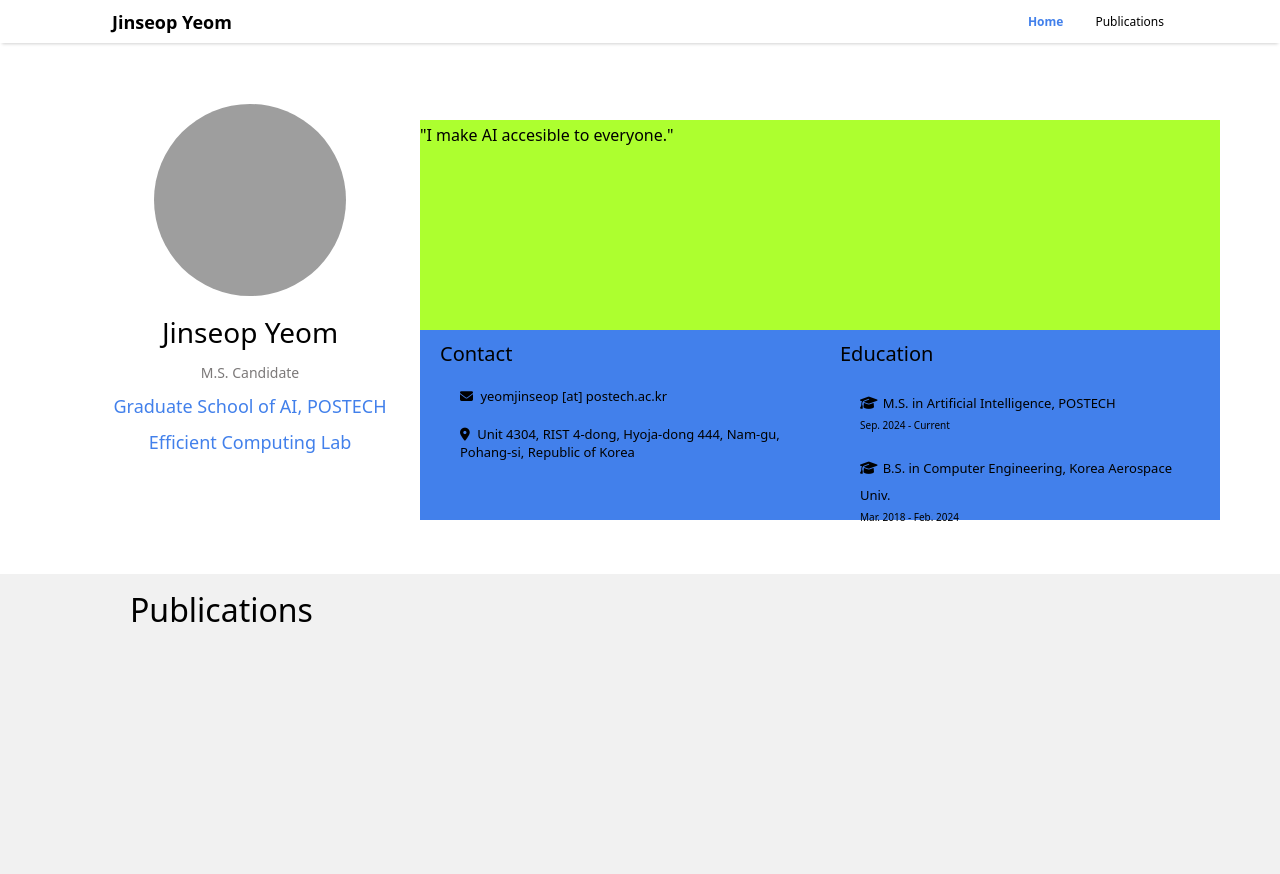
Repository: YEOMJINSEOP/yeomjinseop.github.io
Page: index.html
The author's editor kept a copy of each file at every save. The page is drawn from the files as they stood at one save, then again after the next save.
The browser window is 1280 px wide. The pictures show the whole page.
Pictures or frames that could not be fetched are drawn as grey boxes. Some web libraries are served in a nearby version.

Above is the page before, as saved 2024-05-16 09:02:13.
Console error: TypeError: Cannot read properties of null (reading 'addEventListener')

After the next save:
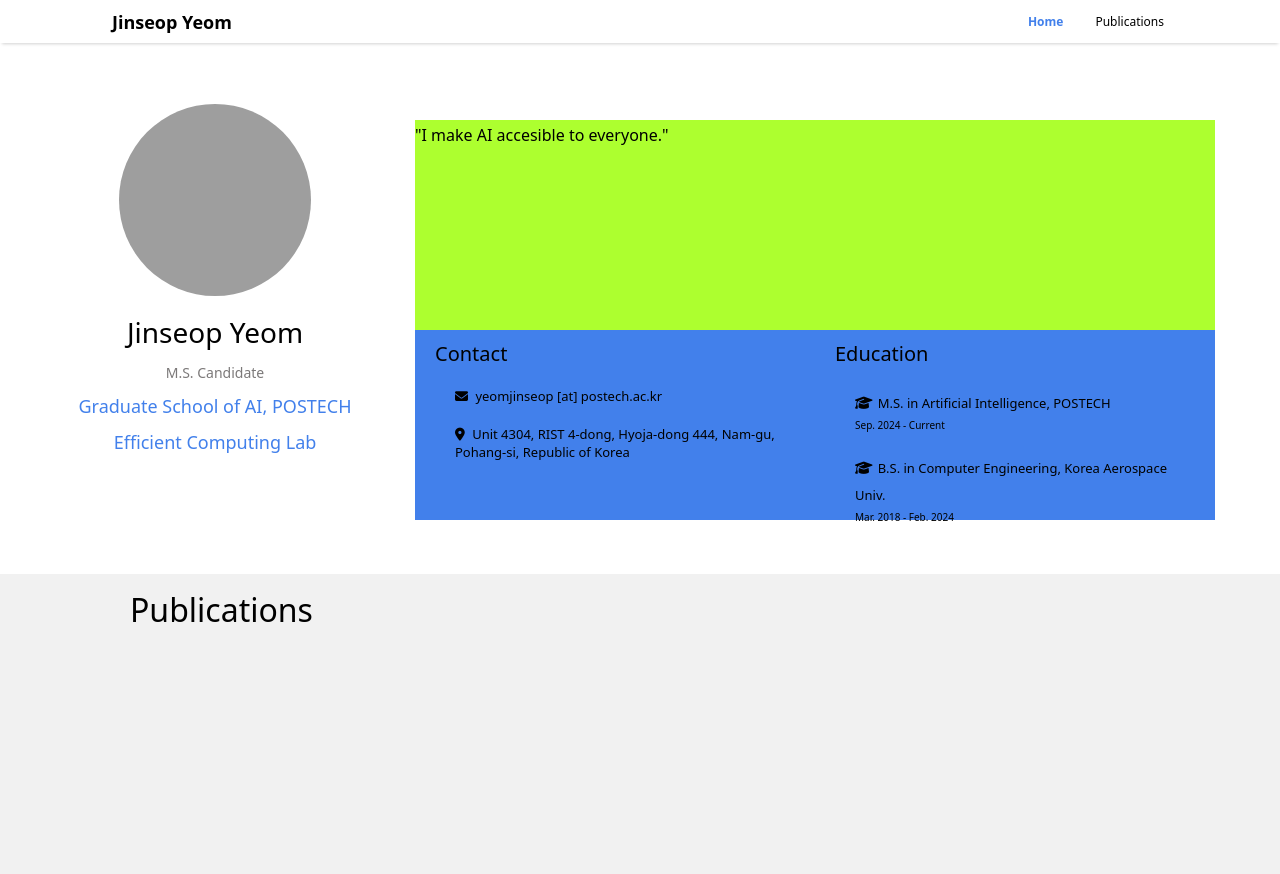
Saved 89 s later.
--- a/style.css
+++ b/style.css
@@ -286,8 +286,6 @@
 .section{
   padding: 50px;
   text-align: center;
-  padding-left: 100px;
-  padding-right: 100px;
 }
 
 .section__container{
